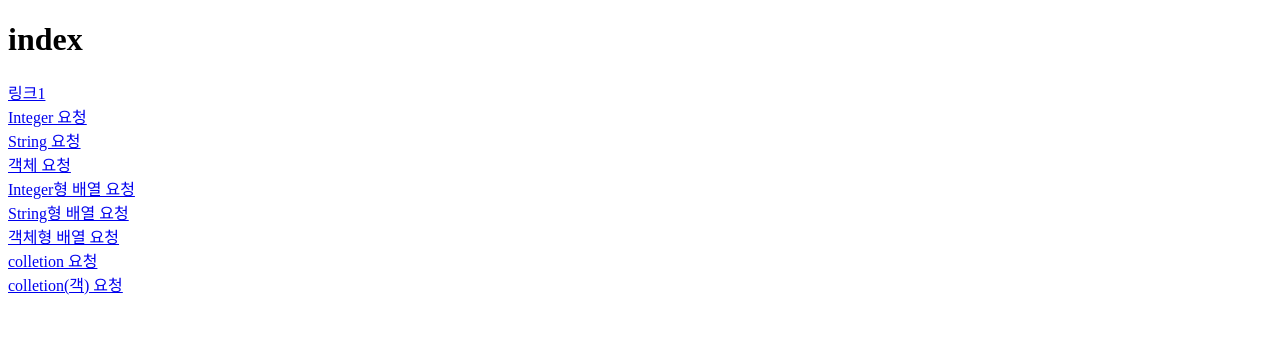
Repository: ekc1467/ClassMSA_EDU
Page: http://localhost/Service01/WEB-INF/views/index.jsp
These files come from the project's save history. The page is drawn as it stood at one moment and after the next save; the edit follows.
The browser window is 1280 px wide. The pictures show the whole page.
The page is served by Tomcat 9. Nobody is signed in. The template is opened directly, without the code that normally fills it, so the values that code supplies are empty.

Above is the page before, as saved 2022-04-22 01:21:30.

After the next save:
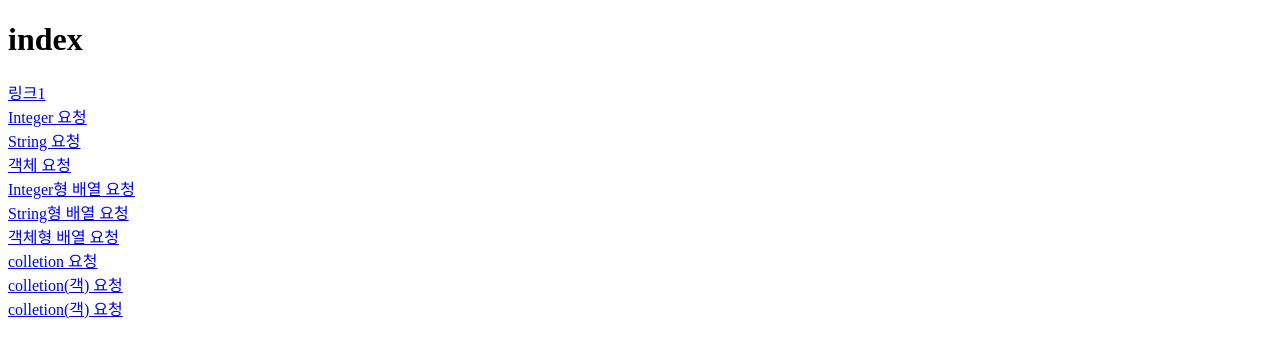
Saved 3 min 13 s later.
--- a/Service01/src/main/webapp/WEB-INF/views/index.jsp
+++ b/Service01/src/main/webapp/WEB-INF/views/index.jsp
@@ -17,7 +17,7 @@
 	<a href="t6/1000">객체형 배열 요청</a><br/>
 	<a href="t7/1000">colletion 요청</a><br/>
 	<a href="t8/1000">colletion(객) 요청</a><br/>
-
+	<a href="t9/1000">colletion(객) 요청</a><br/>
 
 <!-- 	<a href="app/1000">App 요청</a><br/>
 	<a href="cpp/1000">Cpp 요청</a><br/> -->
